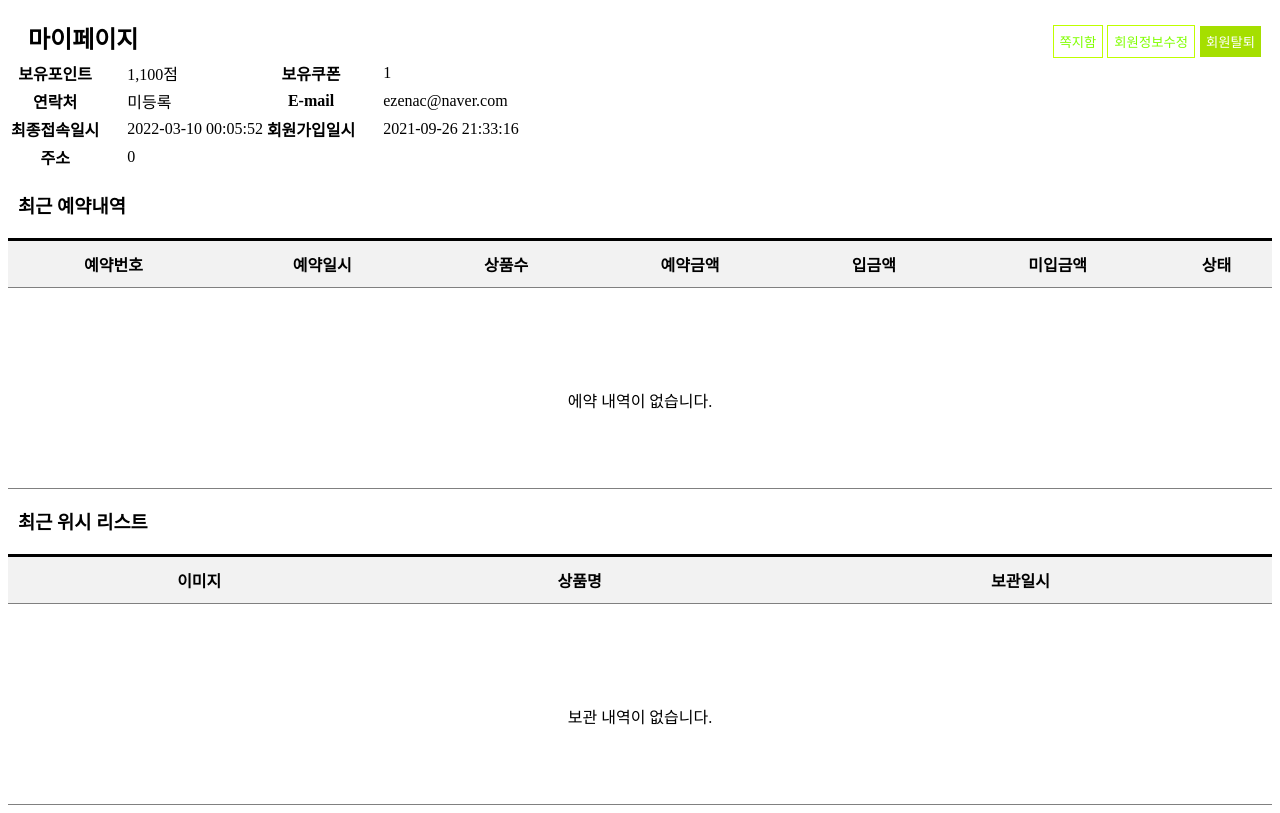
Repository: ks12b0000/JSP-School-Class
Page: chap10_JSP/src/main/webapp/Test/myPage.html
The author's editor kept a copy of each file at every save. The page is drawn from the files as they stood at one save, then again after the next save.
The browser window is 1280 px wide. The pictures show the whole page.

Above is the page before, as saved 2022-06-04 11:36:38.

### chap10_JSP/src/main/webapp/Test/myPage.html
<!DOCTYPE html>
<html>
<head>
	<meta charset="UTF-8">
	<meta name="viewport" content="width=device-width, initial-scale=1.0">
	<title>마이페이지</title>
	<link rel="stylesheet" href="loginWrite.css" />
</head>
<body>
	<h2>마이페이지</h2>
	<div class="button3">
		<a href="messageBox.html"><input id="notebox" type="button" value="쪽지함" /></a>
		<a href="#"><input id="Revise" type="button" value="회원정보수정" /></a>
		<a href="#"><input id="secession" type="button" value="회원탈퇴" /></a>
	</div>
	<table class="Profile111">
		<tr>
			<th><strong>보유포인트</strong></th><td>&nbsp;&nbsp;&nbsp;&nbsp;&nbsp;&nbsp;1,100점</td>
			<th><strong>보유쿠폰</strong></th><td>&nbsp;&nbsp;&nbsp;&nbsp;&nbsp;&nbsp;1</td>
		</tr>
		<tr>
			<th><strong>연락처</strong></th><td>&nbsp;&nbsp;&nbsp;&nbsp;&nbsp;&nbsp;미등록</td>
			<th><strong>E-mail</strong></th><td>&nbsp;&nbsp;&nbsp;&nbsp;&nbsp;&nbsp;ezenac@naver.com</td>
		</tr>
		<tr>
			<th><strong>최종접속일시</strong></th><td>&nbsp;&nbsp;&nbsp;&nbsp;&nbsp;&nbsp;2022-03-10 00:05:52</td>
			<th><strong>회원가입일시</strong></th><td>&nbsp;&nbsp;&nbsp;&nbsp;&nbsp;&nbsp;2021-09-26 21:33:16</td>
		</tr>
		<tr>
			<th><strong>주소</strong></th><td>&nbsp;&nbsp;&nbsp;&nbsp;&nbsp;&nbsp;0</td>
		</tr>
	</table>
	<h3 id="hh3">최근 예약내역</h3>
	<table class="Profile2">
		<tr>
			<th><strong>예약번호</strong></th>
			<th><strong>예약일시</strong></th>
			<th><strong>상품수</strong></th>
			<th><strong>예약금액</strong></th>
			<th><strong>입금액</strong></th>
			<th><strong>미입금액</strong></th>
			<th><strong>상태</strong></th>
		</tr>
	</table>
	<div class="Contents">
		<p>에약 내역이 없습니다.</p>
	</div>
	<h3 id="hh3">최근 위시 리스트</h3>
	<table class="Profile2">
		<tr>
			<th><strong>이미지</strong></th>
			<th><strong>상품명</strong></th>
			<th><strong>보관일시</strong></th>
		</tr>
	</table>
	<div class="Contents">
		<p>보관 내역이 없습니다.</p>
	</div>
</body>
</html>

### chap10_JSP/src/main/webapp/Test/loginWrite.css
@charset "UTF-8";
	body h2 {
		margin-left: 20px;
	}
	.login1 {
		width: 500px;
		border: 1px solid gray;
		margin: 40px;
		padding: 40px;

	}
	.login1 #id {
		width: 400px;

		padding: 4px;
	}
	.login1 #id input {

		margin-left: 30px;
	}
	.login1 #pw {

		padding: 4px;
	}
	.login1 #pw input {

		margin-left: 52px;
	}
	.login1 #login_Bt {
		text-align: right;
		margin-top: -50px;
		margin-right: 120px;
	}
	.login1 #login_Bt input {
		margin-left: 5px;
		padding: 12px;
		border: 1px solid white;
		background-color: #A5DF00;
		color: white;
	}
	.login1 #login_Ck {
		margin-top: 10px;
	}
	.login2 {
		border: 1px solid gray;
		font-size: 13px;
		background-color: #F2F2F2;
		width: 500px;
		margin: 40px;
		padding: 40px;
		margin-top: -50px;

	}
	.login2 h3 {
		margin-top: -20px;
		margin-left: -30px;
	}
	.login2 p {
		margin-top: -20px;
		margin-left: -30px;
	}
	.login2 form {
		margin-top: 10px;
		margin-left: 250px;

	}
	.login2 #idpw_bt {
		border: 1px solid white;
		background-color: #A5DF00;
		color: white;
	}
	.login2 #signup {
		border: 1px solid #BFFF00;
		background-color: white;
		color: #80FF00;
	}
	body #mainback {
		margin-left: 220px;
		text-decoration: none;
		color: black;
	}
	body #em2 {
		border-top: 1px solid gray;
		margin-left: 20px;
		padding-top: 15px;
	}
	#email1 {
		margin-left: 20px;
		font-size: 19px;
	}
	#email1 input {
		width: 500px;
		height: 30px;
	}
	.button {
		margin-top: 40px;
		margin-left: 250px;
	}
	.button #Confirm {
		margin-left: 5px;
		padding: 12px;
		width: 150px;
		border: 1px solid white;
		background-color: #A5DF00;
		color: white;
	}
	.button #close {
		margin-left: 5px;
		padding: 12px;
		width: 100px;
		border: 1px solid white;
		background-color: #0B3B39;
		color: white;
	}
	body #tm2 {
		color: red;
		text-align: center;
	}
	body #tm3,#tm5 {
		text-align: center;
	}
	body #tm4,#tm6 {
		border: 1px solid black;
		width: 1300px;
		height: 300px;
		background-color: #D8D8D8;
		margin-left: 10px;
	}
	#terms_Ck,#terms_Ck2 {
		text-align: right;
	}
	#signup3 {
		text-align: center;
	}
	#signup3 input {
		margin-left: 5px;
		padding: 12px;
		border: 1px solid white;
		background-color: #A5DF00;
		color: white;
	}
	.button3 {
		text-align: right;
		margin-top: -50px;
		margin-right: 10px;
	}
	.button3 #notebox {
		border: 1px solid #BFFF00;
		background-color: white;
		color: #80FF00;
		padding: 6px;
	}
	.button3 #Revise {
		border: 1px solid #BFFF00;
		background-color: white;
		color: #80FF00;
		padding: 6px;
	}
	.button3 #secession {
		border: 1px solid white;
		background-color: #A5DF00;
		color: white;
		padding: 6px;
	}
	.Profile {
		border: 1px solid gray;
		border-collapse: collapse;
		margin-top: 15px;
		width: 100%;
		height: 150px;
		background-color: #FAFAFA;
	}
	/* .Profile th,td {
		border-bottom: 1px solid gray;
	} */
	.Profile2 {
		border-top: 3px solid black;
		width: 100%;
		background-color: #F2F2F2;
		height: 50px;
		border-bottom: 1px solid gray;
		margin-top: 20px;
	}
	#hh3 {
		margin-left: 10px;
	}
	.Contents {
		text-align: center;
		margin-top: 100px;
		border-bottom: 1px solid gray;
		height: 100px;
	}
	.menu1 ul {
		background-color: #585858;
		height: 50px;
		margin: 0;
		padding: 0;
		list-style: none;

	}
	.menu1 li {
		float: left;
		border-right: 1px solid #2E2EFE;
	}
	.menu1 li a {
		padding-left: 10px;
		color: white;
		text-decoration: none;
		display: block;
		text-align: center;
		padding: 14px 16px;
	}
	.menu1 #a1 {
		border-left: 1px solid #2E2EFE;
		margin-left: 10px;
	}
	.guide {
		text-align: left;
	}
	.button2 {
		text-align: center;
	}
	.button2 #close2 {
		text-align: center;
		padding: 10px;
		width: 80px;
		border: 1px solid white;
		background-color: #0B4C5F;
		color: white;
	}
	.Profile3 {
		border-top: 3px solid black;
		width: 100%;
		height: 50px;
		margin-top: 20px;
	}
	.Profile3 #id12 {
		margin-top: 20px;
		padding-left:10px;
		padding-top: 10px;
		text-align: left;
		width: 200px;
		background-color: #F2F2F2;
		height: 60px;
	}
	.Profile3 input {
		background-color: #F2F2F2;
		margin-left: 15px;
		margin-top: 10px;
		padding-top: 10px;
		border: 1px solid gray;
		width: 500px;
		text-align: left;
	}
	.Profile3 p {
		font-size: 13px;
		margin-left: 15px;

	}
	.Profile4 {
		border-top: 1px solid gray;
		border-bottom: 1px solid gray;
		width: 100%;
		height: 50px;
	}
	.Profile4 #id13 {
		margin-top: 20px;
		padding-left:10px;
		padding-top: 10px;
		text-align: left;
		width: 200px;
		background-color: #F2F2F2;
		height: 200px;
	}
	.Profile4 input {
		background-color: #F2F2F2;
		margin-left: 15px;
		margin-top: 10px;
		padding-top: 10px;
		border: 1px solid gray;
		width: 700px;
		height: 200px;
		text-align: left;
	}

After the next save:
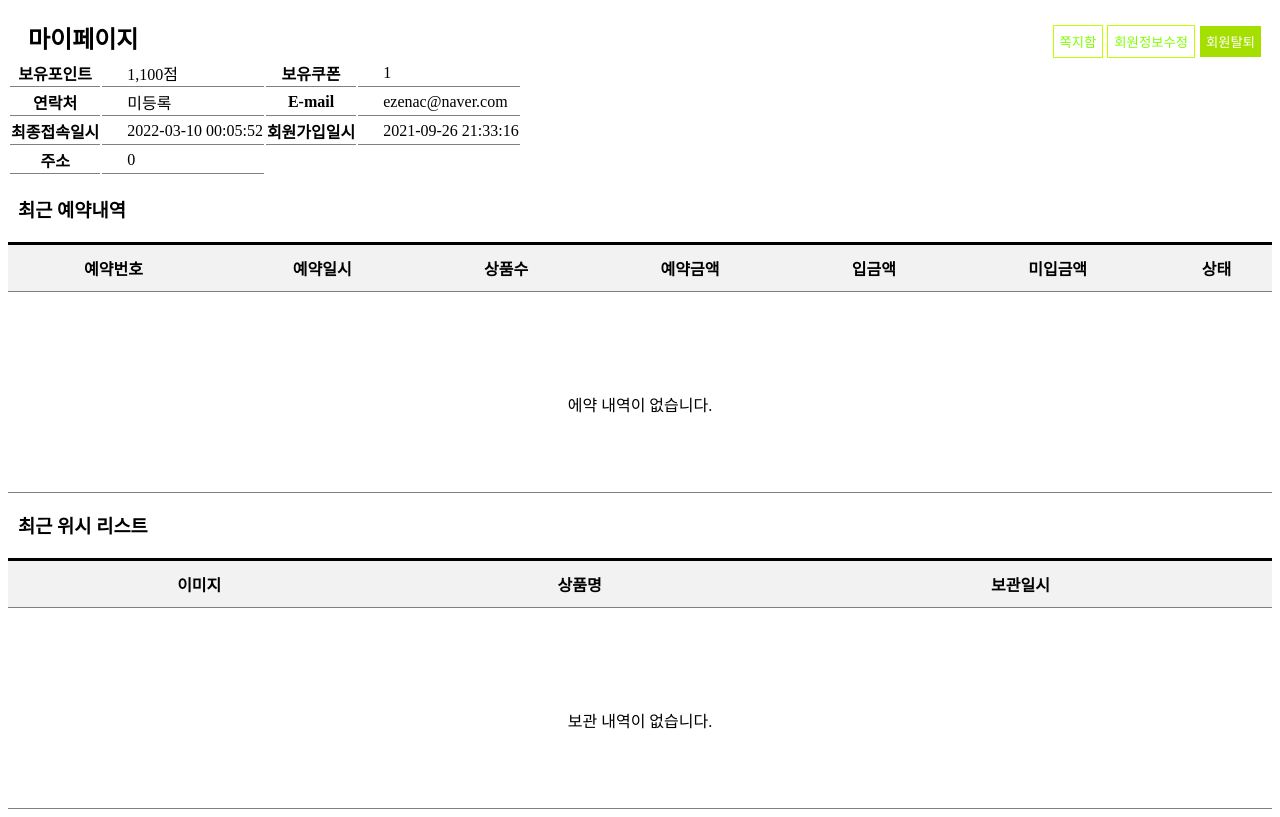
Saved 10 s later.
--- a/chap10_JSP/src/main/webapp/Test/loginWrite.css
+++ b/chap10_JSP/src/main/webapp/Test/loginWrite.css
@@ -170,9 +170,9 @@
 		height: 150px;
 		background-color: #FAFAFA;
 	}
-	/* .Profile th,td {
-		border-bottom: 1px solid gray;
-	} */
+	.Profile111 th,td {
+		border-bottom: 1px solid gray;
+	}
 	.Profile2 {
 		border-top: 3px solid black;
 		width: 100%;
